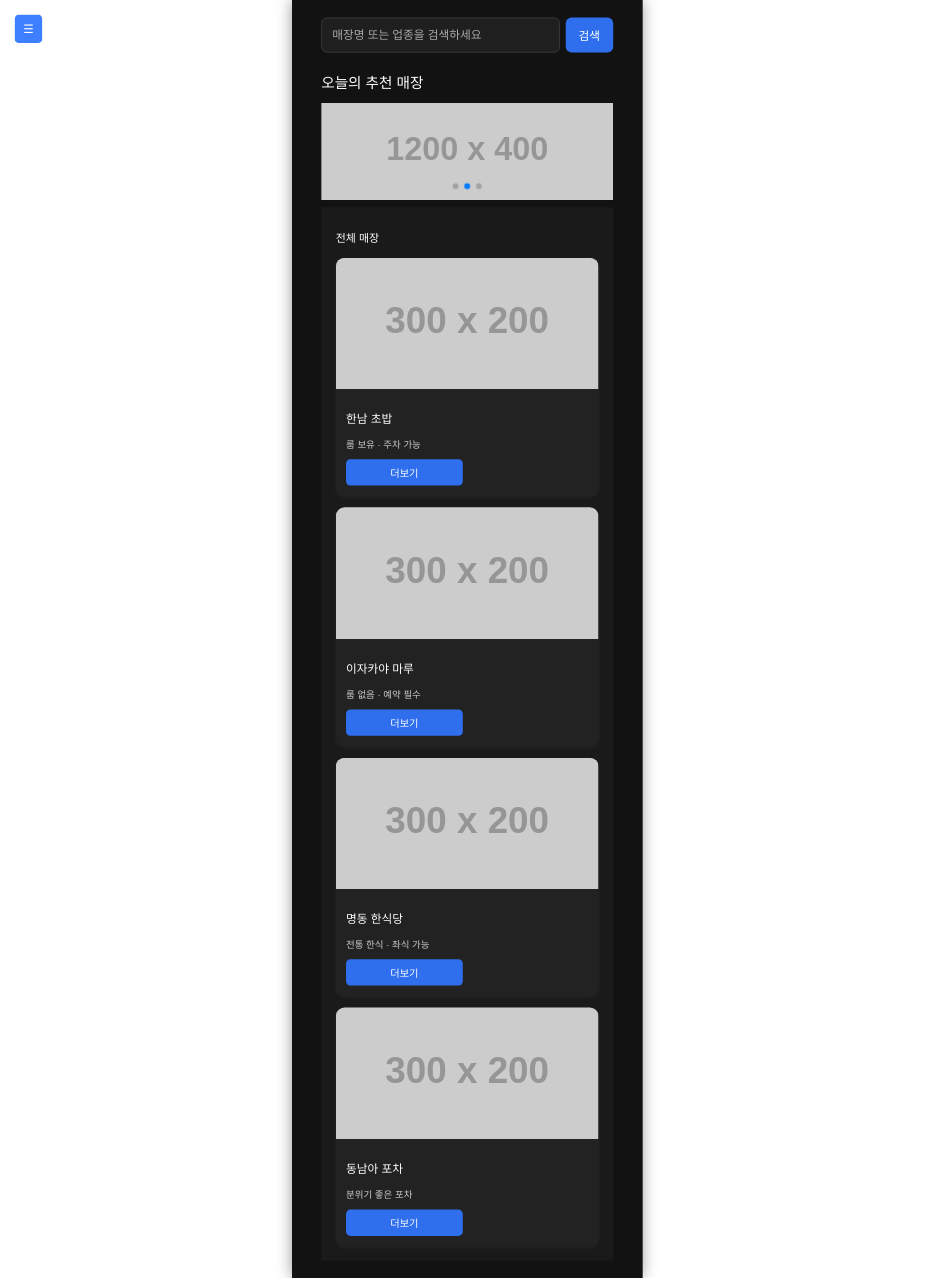
Repository: noiredex/Choplan-API
Page: / (app in choplan/frontend_main/)
An editor plug-in stored every save of this project. The page is shown before and after the next save, followed by the edit.
The browser window is 1280 px wide. The pictures show the whole page, at 73% of full size.
The project was rebuilt for these pictures with package versions that can differ from the ones it lists, and the page was loaded fresh each time. Also part of the build but not shown: choplan/frontend_main/vite.config.js, choplan/frontend_main/vite.config.ts, choplan/frontend_main/src/styles/StoreDetailPage.css, choplan/frontend_main/src/pages/StoreDetailPage.jsx.

Above is the page before, as saved 2025-10-29 10:30:52.

After the next save:
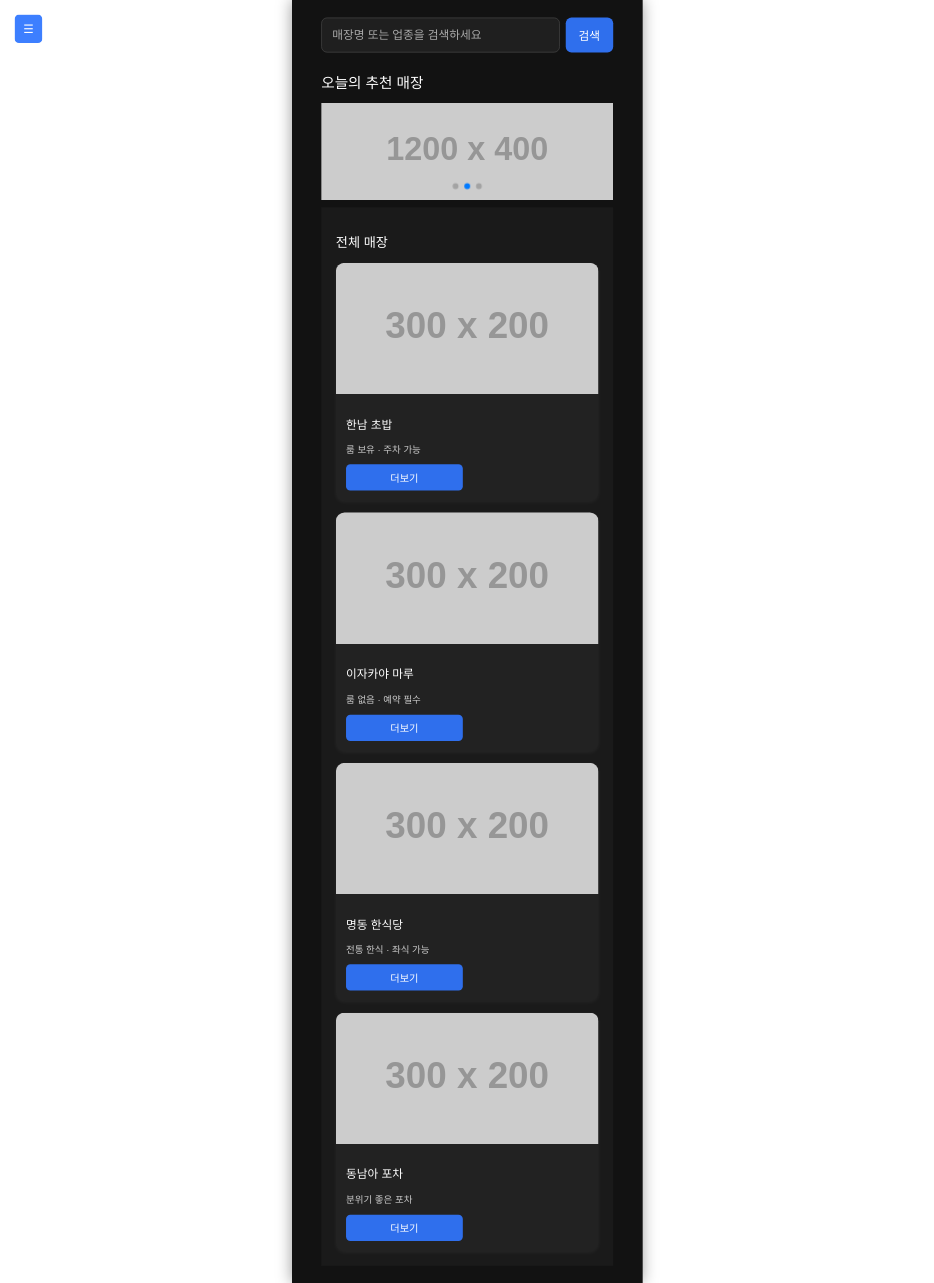
Saved 4 s later.
--- a/choplan/frontend_main/src/styles/RecommendedStores.css
+++ b/choplan/frontend_main/src/styles/RecommendedStores.css
@@ -6,7 +6,7 @@
 
 /* ===== 섹션 제목 ===== */
 .recommended-stores h2 {
-  font-size: 15px; /* ‘오늘의 추천 매장’과 동일한 크기 */
+  font-size: 18px; /* ‘오늘의 추천 매장’과 동일한 크기 */
   margin-bottom: 14px;
   font-weight: 600;
   color: #ffffff;
